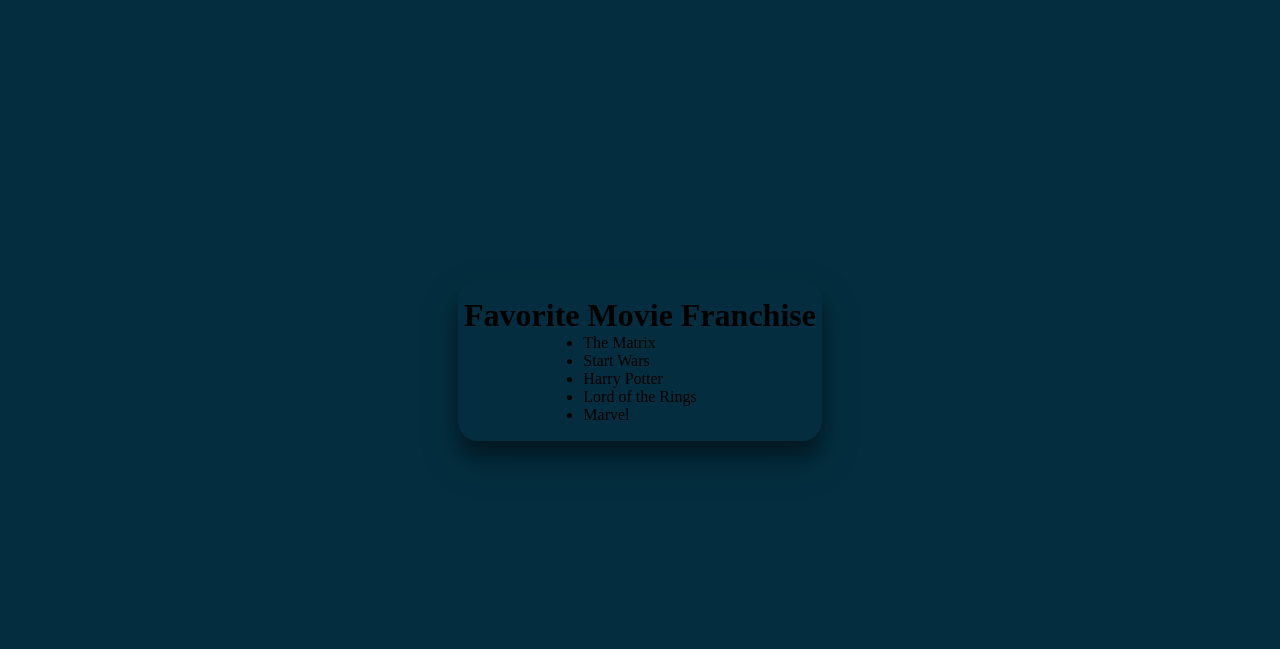
Repository: Ellisvelandia/DOM-Manipulation
Page: index.html
An editor plug-in stored every save of this project. The page is shown before and after the next save, followed by the edit.
The browser window is 1280 px wide. The pictures show the whole page.

Above is the page before, as saved 2022-08-22 13:34:56.

### index.html
<!DOCTYPE html>
<html lang="en">
<head>
  <meta charset="UTF-8">
  <meta http-equiv="X-UA-Compatible" content="IE=edge">
  <meta name="viewport" content="width=device-width, initial-scale=1.0">
  <link rel="stylesheet" href="style.css">
  <title>Master DOM Manipulation</title>
</head>
<body>
  <div class="container">
    <h1 id="main-heading">Favorite Movie Franchise</h1>
    <ul>
      <li class="list-items">The Matrix</li>
      <li class="list-items">Start Wars</li>
      <li class="list-items">Harry Potter</li>
      <li class="list-items">Lord of the Rings</li>
      <li class="list-items">Marvel</li>
    </ul>

    <script src="app.js"></script>
  </div>
</body>
</html>

### style.css
* {
  padding: 0;
  margin: 0;
}

body {
  background-color: #042e3f;
  max-width: 100%;
  height: 100vh;
  display: flex;
  justify-content: center;
  align-items: center;
}

.container {
  display: flex;
  align-items: center;
  flex-direction: column;
  justify-content: center;
  border: 1px solid transparent;
  padding: 5px;
  border-radius: 20px;
  height: 150px;
  box-shadow: rgba(0, 0, 0, 0.3) 0px 19px 38px,
    rgba(0, 0, 0, 0.22) 0px 15px 12px;
}

### app.js
// DOM Manipulation

// GetElementById()

const title = document.getElementById("main-heading");

console.log(title);

// GetElementByClassName()

// const listItems = document.getElementsByClassName("list-items");

// console.log(listItems);

// getElementsByTagName()
const listItems = document.getElementsByTagName("li");

console.log(listItems);

// querySelector()

const container = document.querySelector("div");

console.log(container);
// querySelectorAll()

After the next save:
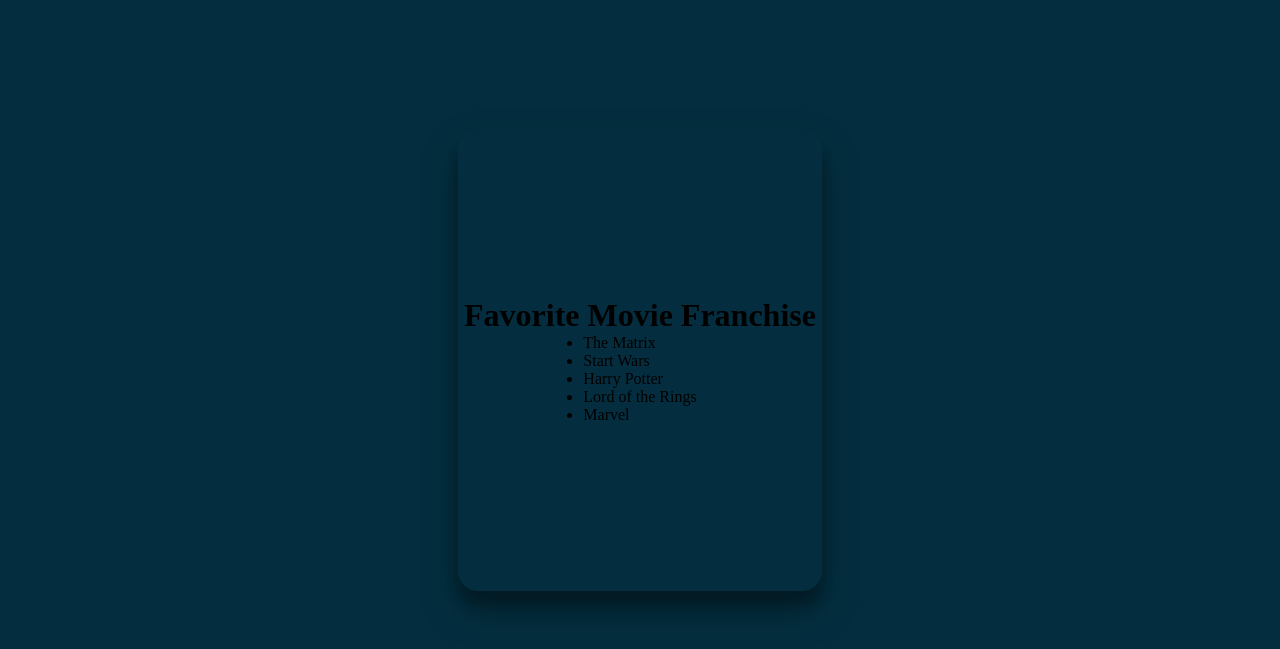
Saved 6 s later.
--- a/style.css
+++ b/style.css
@@ -20,7 +20,7 @@
   border: 1px solid transparent;
   padding: 5px;
   border-radius: 20px;
-  height: 150px;
+  height: 450px;
   box-shadow: rgba(0, 0, 0, 0.3) 0px 19px 38px,
     rgba(0, 0, 0, 0.22) 0px 15px 12px;
 }
